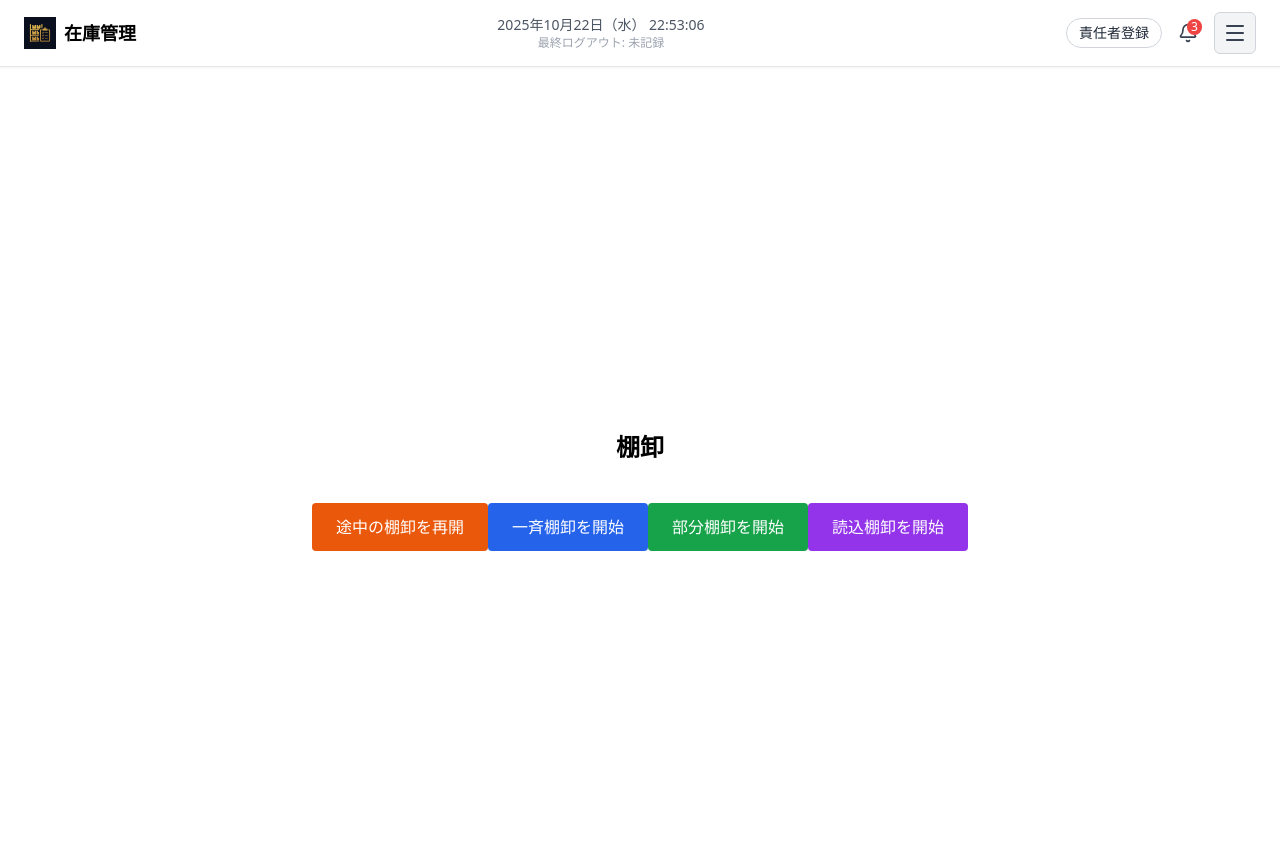
Repository: akauntozonghe-cpu/my-system
Page: /inventory/stocktaking
These files come from the project's save history. The page is drawn as it stood at one moment and after the next save; the edit follows.
The browser window is 1280 px wide. The pictures show the whole page.
The project was rebuilt for these pictures with package versions that can differ from the ones it lists, and the page was loaded fresh each time. The framework's server and built-in components were replaced by stand-ins that run in the browser. Also part of the build but not shown: next.config.js, next.config.ts.

Above is the page before, as saved 2025-10-25 00:51:57.

After the next save:
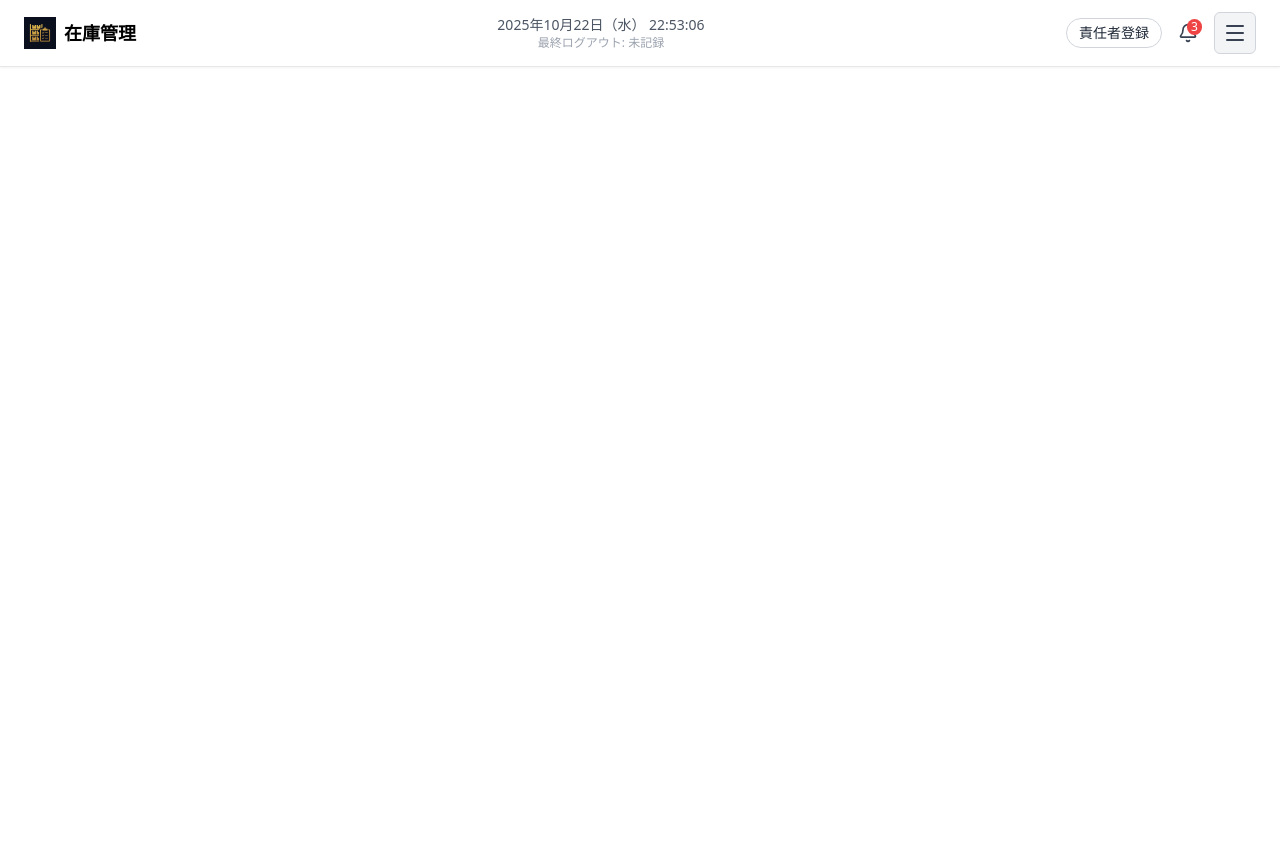
Saved 5 min 52 s later.
--- a/app/(protected)/inventory/stocktaking/page.tsx
+++ b/app/(protected)/inventory/stocktaking/page.tsx
@@ -1,60 +1,87 @@
 "use client";
 
-import { useRouter } from "next/navigation";
-import { useState } from "react";
+import { useEffect, useState } from "react";
+import { useParams, useSearchParams } from "next/navigation";
+import { db } from "@lib/firebase";
+import { doc, getDoc, collection, getDocs } from "firebase/firestore";
 
-export default function StocktakingStartPage() {
-  const router = useRouter();
-  const [loading, setLoading] = useState(false);
+export default function StocktakingSessionPage() {
+  const { sessionId } = useParams<{ sessionId: string }>();
+  const searchParams = useSearchParams();
+  const mode = searchParams.get("mode") as "resume" | "full" | "partial" | "import";
 
-  const handleStart = async (mode: "resume" | "full" | "partial" | "import") => {
-    setLoading(true);
-    try {
-      // Firestore に新しいセッションを作成する処理や
-      // 進行中セッションを探す処理をここに書く
-      // 例: const sessionId = await createSession(mode);
-      const sessionId = "dummy-session-id"; // 仮
-      router.push(`/inventory/stocktaking/${sessionId}`);
-    } finally {
-      setLoading(false);
-    }
-  };
+  const [items, setItems] = useState<any[]>([]);
+  const [message, setMessage] = useState<string>("");
+
+  useEffect(() => {
+    if (!sessionId || !mode) return;
+
+    const load = async () => {
+      if (mode === "resume") {
+        const snap = await getDoc(doc(db, "stocktakingSessions", sessionId));
+        if (!snap.exists()) {
+          setMessage("作業途中の棚卸はありません");
+          return;
+        }
+        // items 読み込み
+        const itemsSnap = await getDocs(collection(db, "stocktakingSessions", sessionId, "items"));
+        setItems(itemsSnap.docs.map(d => ({ id: d.id, ...d.data() })));
+      }
+
+      if (mode === "full") {
+        setMessage("一斉棚卸 - 全商品を読み込み中...");
+        // 全商品を読み込む処理
+      }
+
+      if (mode === "partial") {
+        setMessage("部分棚卸 - QRコードまたは選択肢で範囲を決定してください");
+        // QR読み込み or 選択肢UIを表示
+      }
+
+      if (mode === "import") {
+        setMessage("読込棚卸 - ファイルをアップロードしてください");
+        // ファイルアップロードUIを表示
+      }
+    };
+
+    load();
+  }, [sessionId, mode]);
 
   return (
-    <div className="flex flex-col items-center justify-center h-screen space-y-6">
-      <h1 className="text-2xl font-bold">棚卸</h1>
+    <div className="p-6 space-y-6">
+      <h1 className="text-2xl font-bold">
+        {mode === "resume" && "途中の棚卸を再開"}
+        {mode === "full" && "一斉棚卸"}
+        {mode === "partial" && "部分棚卸"}
+        {mode === "import" && "読込棚卸"}
+      </h1>
 
-      {loading && <p>準備中…</p>}
+      {message && <p>{message}</p>}
 
-      <div className="space-y-4">
-        <button
-          onClick={() => handleStart("resume")}
-          className="px-6 py-3 bg-orange-600 text-white rounded"
-        >
-          途中の棚卸を再開
-        </button>
+      {mode === "import" && (
+        <input type="file" accept=".csv,.xlsx" onChange={(e) => console.log(e.target.files)} />
+      )}
 
-        <button
-          onClick={() => handleStart("full")}
-          className="px-6 py-3 bg-blue-600 text-white rounded"
-        >
-          一斉棚卸を開始
-        </button>
-
-        <button
-          onClick={() => handleStart("partial")}
-          className="px-6 py-3 bg-green-600 text-white rounded"
-        >
-          部分棚卸を開始
-        </button>
-
-        <button
-          onClick={() => handleStart("import")}
-          className="px-6 py-3 bg-purple-600 text-white rounded"
-        >
-          読込棚卸を開始
-        </button>
-      </div>
+      {items.length > 0 && (
+        <table className="w-full border">
+          <thead>
+            <tr>
+              <th>商品</th>
+              <th>予定数量</th>
+              <th>実棚数量</th>
+            </tr>
+          </thead>
+          <tbody>
+            {items.map((item) => (
+              <tr key={item.id}>
+                <td>{item.name}</td>
+                <td>{item.expectedQty}</td>
+                <td>{item.countedQty ?? "-"}</td>
+              </tr>
+            ))}
+          </tbody>
+        </table>
+      )}
     </div>
   );
 }

After the save that followed:
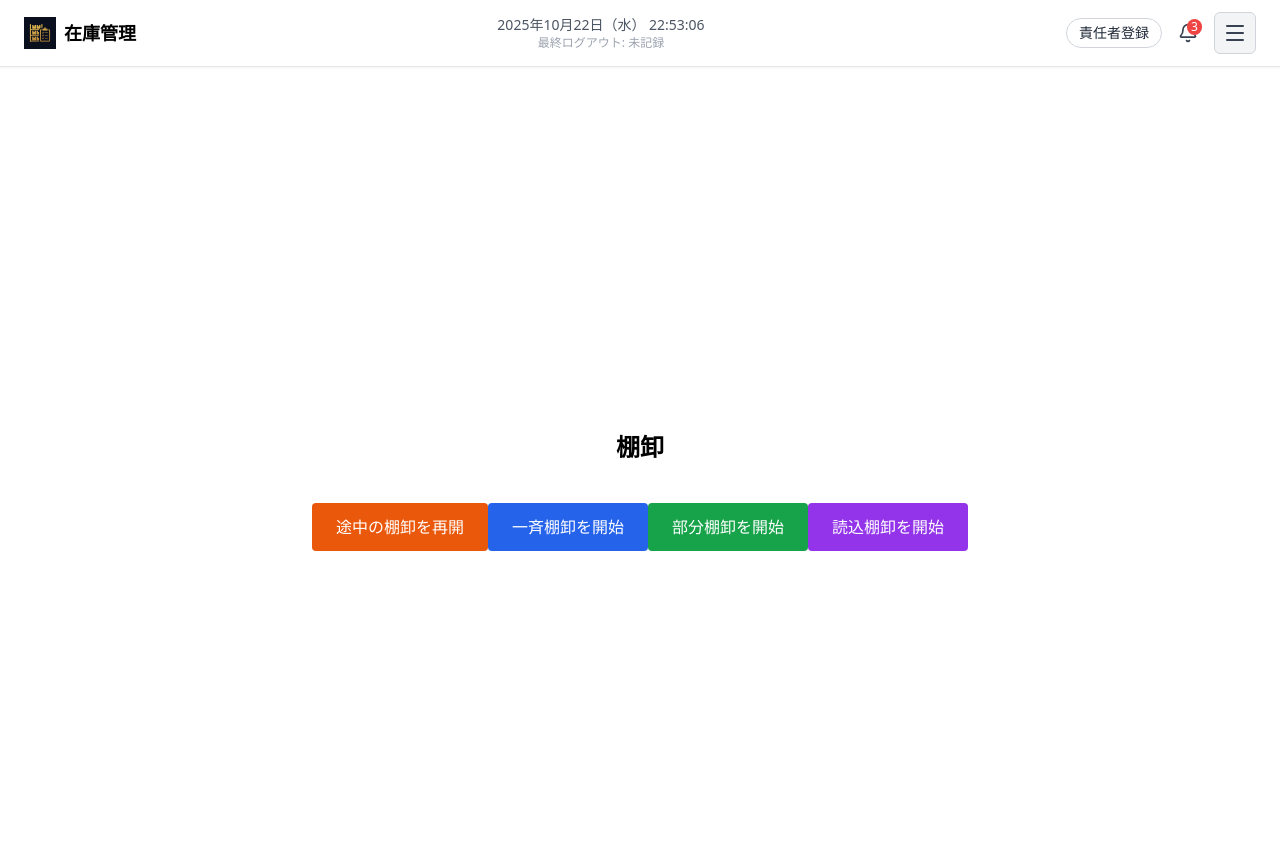
Saved 48 s later.
--- a/app/(protected)/inventory/stocktaking/page.tsx
+++ b/app/(protected)/inventory/stocktaking/page.tsx
@@ -1,87 +1,60 @@
 "use client";
 
-import { useEffect, useState } from "react";
-import { useParams, useSearchParams } from "next/navigation";
-import { db } from "@lib/firebase";
-import { doc, getDoc, collection, getDocs } from "firebase/firestore";
+import { useRouter } from "next/navigation";
+import { useState } from "react";
 
-export default function StocktakingSessionPage() {
-  const { sessionId } = useParams<{ sessionId: string }>();
-  const searchParams = useSearchParams();
-  const mode = searchParams.get("mode") as "resume" | "full" | "partial" | "import";
+export default function StocktakingStartPage() {
+  const router = useRouter();
+  const [loading, setLoading] = useState(false);
 
-  const [items, setItems] = useState<any[]>([]);
-  const [message, setMessage] = useState<string>("");
-
-  useEffect(() => {
-    if (!sessionId || !mode) return;
-
-    const load = async () => {
-      if (mode === "resume") {
-        const snap = await getDoc(doc(db, "stocktakingSessions", sessionId));
-        if (!snap.exists()) {
-          setMessage("作業途中の棚卸はありません");
-          return;
-        }
-        // items 読み込み
-        const itemsSnap = await getDocs(collection(db, "stocktakingSessions", sessionId, "items"));
-        setItems(itemsSnap.docs.map(d => ({ id: d.id, ...d.data() })));
-      }
-
-      if (mode === "full") {
-        setMessage("一斉棚卸 - 全商品を読み込み中...");
-        // 全商品を読み込む処理
-      }
-
-      if (mode === "partial") {
-        setMessage("部分棚卸 - QRコードまたは選択肢で範囲を決定してください");
-        // QR読み込み or 選択肢UIを表示
-      }
-
-      if (mode === "import") {
-        setMessage("読込棚卸 - ファイルをアップロードしてください");
-        // ファイルアップロードUIを表示
-      }
-    };
-
-    load();
-  }, [sessionId, mode]);
+  const handleStart = async (mode: "resume" | "full" | "partial" | "import") => {
+    setLoading(true);
+    try {
+      // Firestore に新しいセッションを作成する処理や
+      // 進行中セッションを探す処理をここに書く
+      // 例: const sessionId = await createSession(mode);
+      const sessionId = "dummy-session-id"; // 仮
+      router.push(`/inventory/stocktaking/${sessionId}`);
+    } finally {
+      setLoading(false);
+    }
+  };
 
   return (
-    <div className="p-6 space-y-6">
-      <h1 className="text-2xl font-bold">
-        {mode === "resume" && "途中の棚卸を再開"}
-        {mode === "full" && "一斉棚卸"}
-        {mode === "partial" && "部分棚卸"}
-        {mode === "import" && "読込棚卸"}
-      </h1>
+    <div className="flex flex-col items-center justify-center h-screen space-y-6">
+      <h1 className="text-2xl font-bold">棚卸</h1>
 
-      {message && <p>{message}</p>}
+      {loading && <p>準備中…</p>}
 
-      {mode === "import" && (
-        <input type="file" accept=".csv,.xlsx" onChange={(e) => console.log(e.target.files)} />
-      )}
+      <div className="space-y-4">
+        <button
+          onClick={() => handleStart("resume")}
+          className="px-6 py-3 bg-orange-600 text-white rounded"
+        >
+          途中の棚卸を再開
+        </button>
 
-      {items.length > 0 && (
-        <table className="w-full border">
-          <thead>
-            <tr>
-              <th>商品</th>
-              <th>予定数量</th>
-              <th>実棚数量</th>
-            </tr>
-          </thead>
-          <tbody>
-            {items.map((item) => (
-              <tr key={item.id}>
-                <td>{item.name}</td>
-                <td>{item.expectedQty}</td>
-                <td>{item.countedQty ?? "-"}</td>
-              </tr>
-            ))}
-          </tbody>
-        </table>
-      )}
+        <button
+          onClick={() => handleStart("full")}
+          className="px-6 py-3 bg-blue-600 text-white rounded"
+        >
+          一斉棚卸を開始
+        </button>
+
+        <button
+          onClick={() => handleStart("partial")}
+          className="px-6 py-3 bg-green-600 text-white rounded"
+        >
+          部分棚卸を開始
+        </button>
+
+        <button
+          onClick={() => handleStart("import")}
+          className="px-6 py-3 bg-purple-600 text-white rounded"
+        >
+          読込棚卸を開始
+        </button>
+      </div>
     </div>
   );
 }
